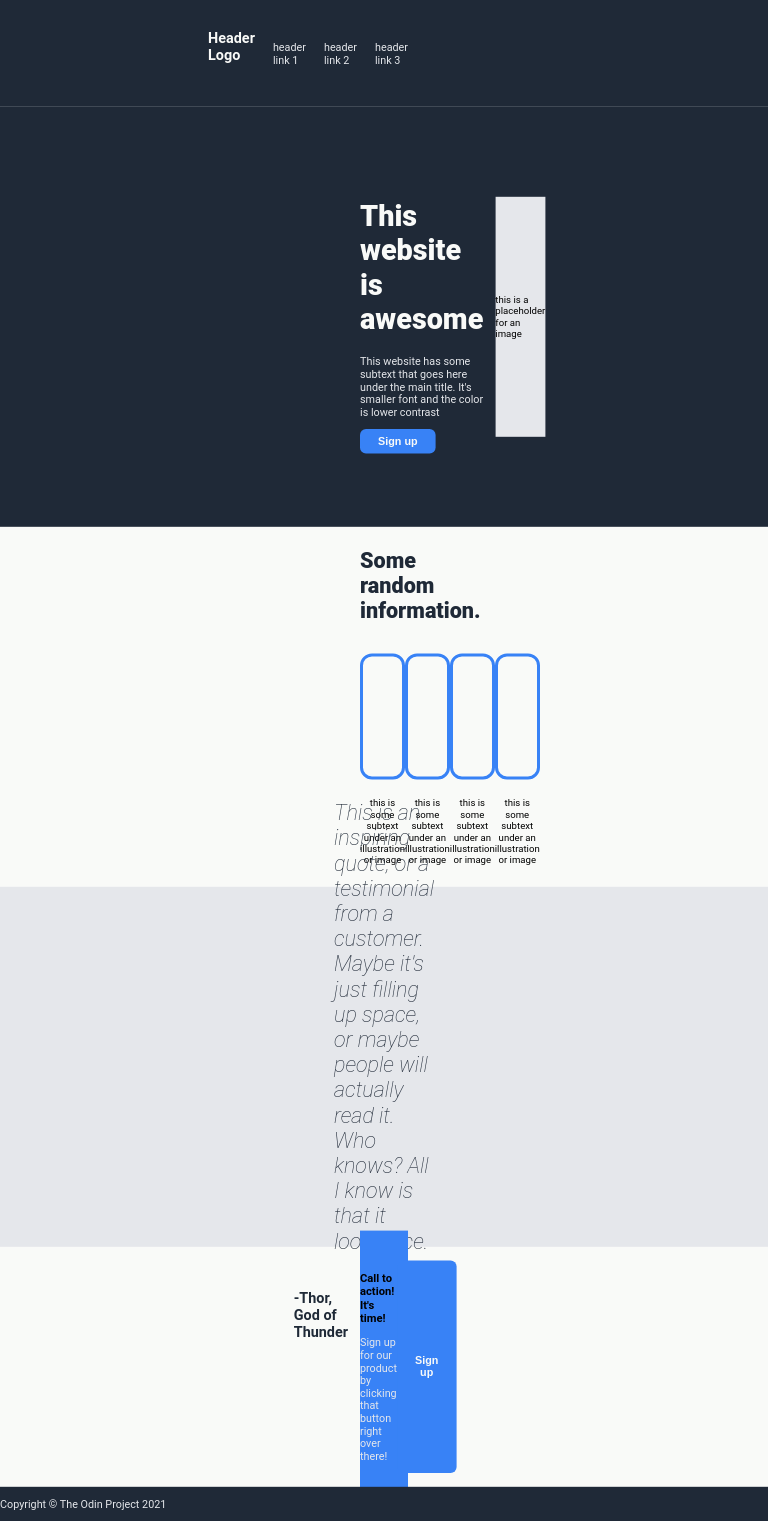
Repository: rsoetydev/landing-page
Page: index.html
The author's editor kept a copy of each file at every save. The page is drawn from the files as they stood at one save, then again after the next save.
The browser window is 1280 px wide. The pictures show the whole page, at 60% of full size.

Above is the page before, as saved 2023-11-28 10:47:15.

After the next save:
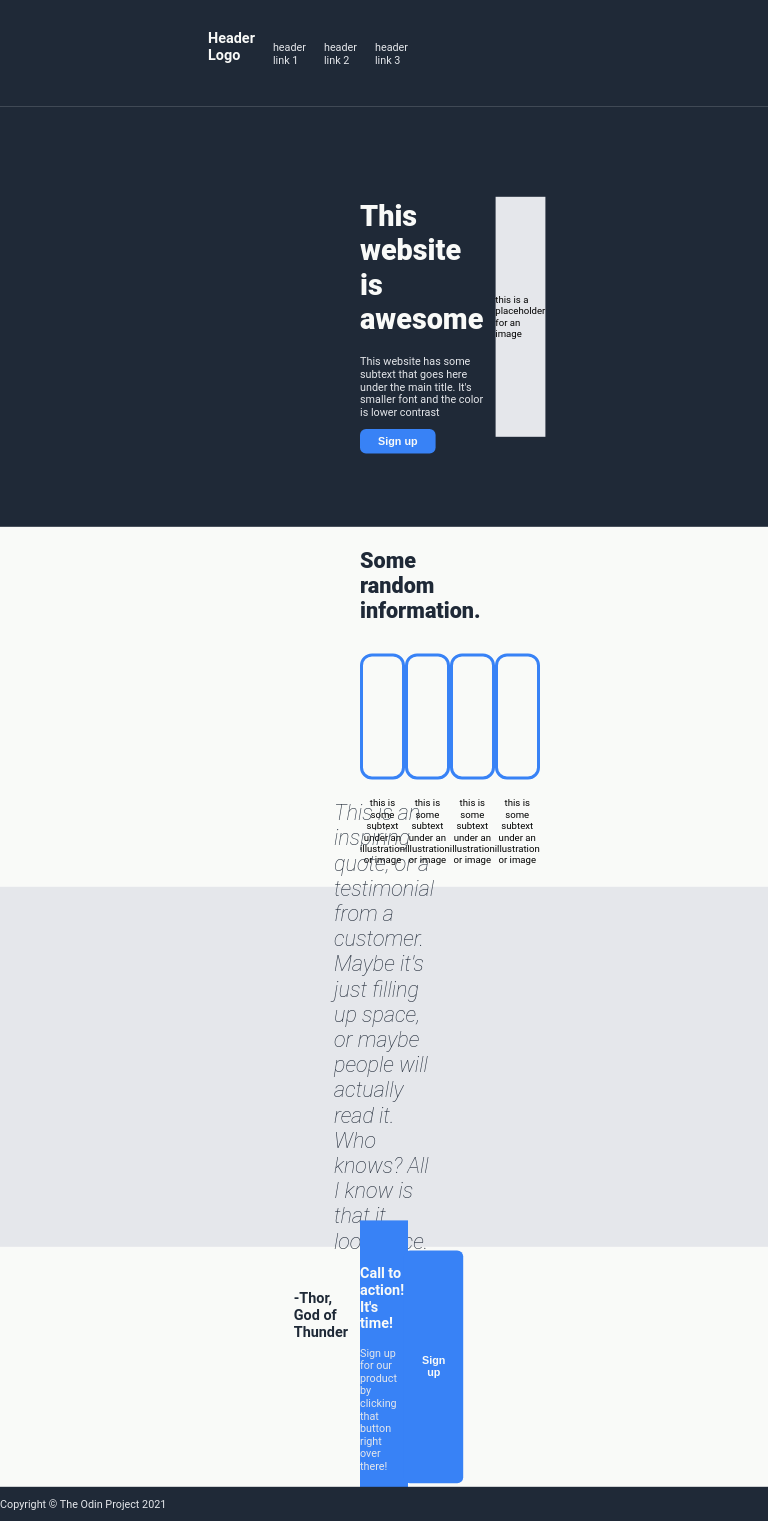
Saved 108 s later.
--- a/style.css
+++ b/style.css
@@ -162,6 +162,13 @@ button{
     padding: 50px 0px;
 }
 
+h3{
+    color: var(--white);
+    font-size: 24px;
+    font-weight: 600;
+
+}
+
 .footer{
     background-color: var(--dark);
 }
